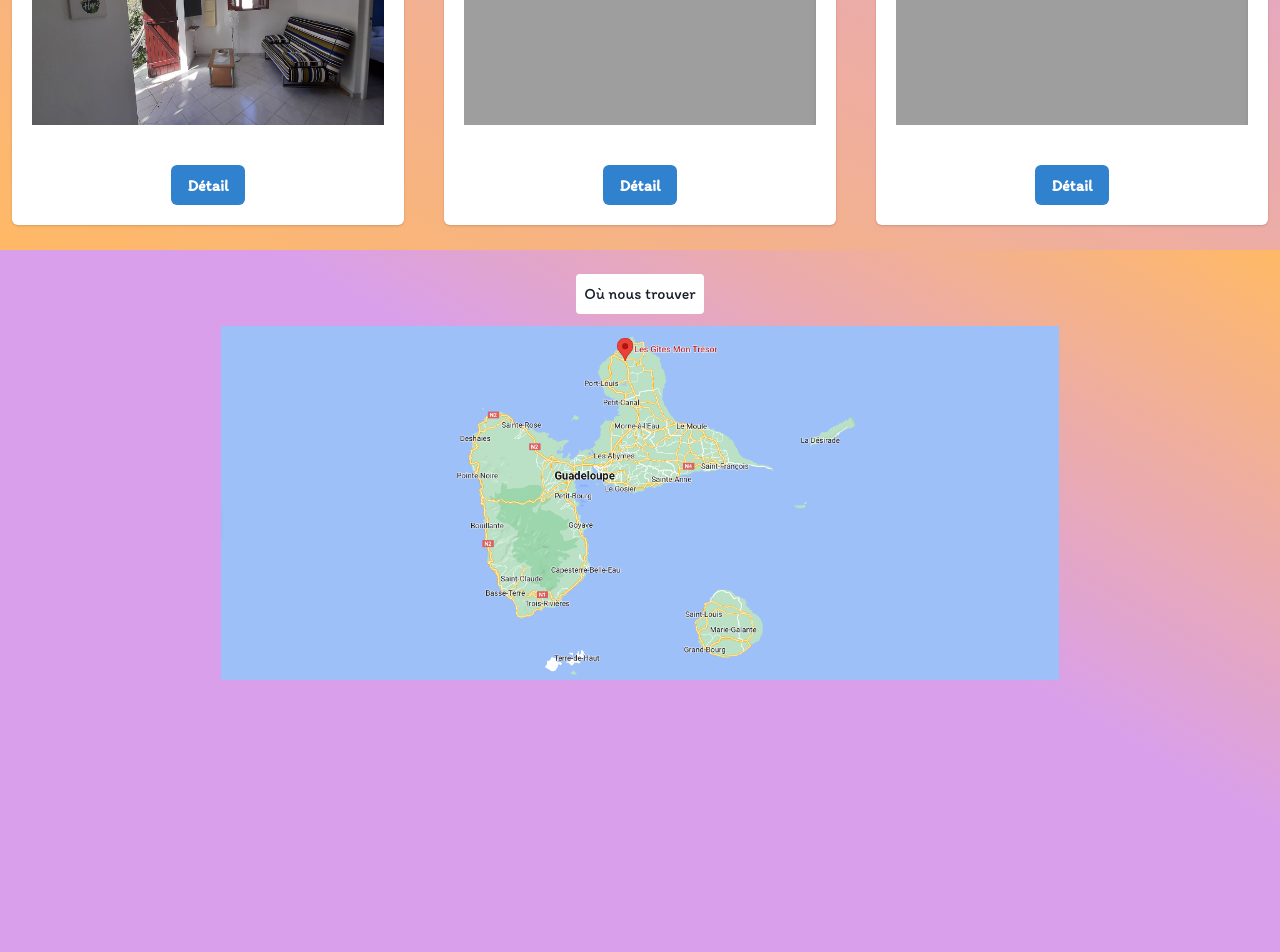
Repository: All-Khwarizmi/gites-v2
Page: /
The author's editor kept a copy of each file at every save. The page is drawn from the files as they stood at one save, then again after the next save.
The browser window is 1280 px wide. The pictures show the part of the page from y = 1190 to 2142 px (the page is 2160 px tall).
Pictures or frames that could not be fetched are drawn as grey boxes. The project was rebuilt for these pictures with package versions that can differ from the ones it lists, and the page was loaded fresh each time. The framework's server and built-in components were replaced by stand-ins that run in the browser. Also part of the build but not shown: next.config.js, next.config.mjs.

Above is the page before, as saved 2023-02-03 19:15:12.

### src/pages/_app.tsx
import { type AppType } from "next/dist/shared/lib/utils";
import { ChakraProvider } from "@chakra-ui/react";
import Layout from "../components/Layout";
import { Itim } from "@next/font/google";
import Navbar from "../components/Navbar";

import "../styles/globals.css";
import Head from "next/head";

const inter = Itim({ weight: "400", subsets: ["latin"] });

const MyApp: AppType = ({ Component, pageProps }) => {
  return (
    <ChakraProvider>
      <Head>
        <title>Gîtes Mon Tresor</title>
        <meta
          name="viewport"
          /* content="width=device-width, initial-scale=1.0, maximum-scale=1.0,user-scalable=0" */
          content="viewport-fit=cover"
        />
        <meta name="title" content="Gîtes Mon Tresor" />

        <meta
          name="description"
          content="Gîtes accueillants et chaleureux en Guadeloupe, Anse Bertrand. Venez en famille ou en amoureux profiter des plaisirs qu'offre l'île. "
        />
        <meta property="og:image" content="/IMG_0318.JPG" key="ogimage" />
      </Head>

      <main className={inter.className}>
        <Component {...pageProps} />
      </main>
    </ChakraProvider>
  );
};

export default MyApp;

### src/pages/index.tsx
import { type NextPage } from "next";
import Head from "next/head";
import Link from "next/link";
import Test from "./Test";
import styles from '../styles/Home.module.scss'

const Home: NextPage = () => {
  return (
    <>
      <Test />
    </>
  );
};

export default Home;

### src/styles/globals.css
@tailwind base;
@tailwind components;
@tailwind utilities;

:root {
  --colorOne: #ffb965;
  --colorTwo: #d99feb;
  --color3: #ffbf5b;
  --color4: #31b7cf;
}
* {
  margin: 0;
  padding: 0;
}
body {
  width: 100vw;
  height: 100vh;
  box-sizing: border-box;
}

.test {
  width: 100%;
}

#myVideo {
  object-fit: cover;

  min-height: 100vh;
  position: relative;
  z-index: -1;
  bottom: 0;
  right: 0;
}

.section {
  background-image: linear-gradient(
    27deg,
    var(--colorOne) 0%,
    var(--colorTwo) 100%
  );
  margin-top: 0;
  position: relative;
}
.section-2 {
  background-image: linear-gradient(
    30deg,
   var(--colorTwo) 60%,
    var(--colorOne) 100%
  );
  margin-top: 0;
  position: relative;
}


.card-1 {
  background-color: inherit;
  padding: 3rem;
  width: 100%;
}
.nav {
  position: fixed;
  z-index: 5;


}

### src/pages/Test.tsx
import { AppType } from "next/app";
import {
  Card,
  CardHeader,
  ButtonGroup,
  Button,
  CardBody,
  CardFooter,
  Stack,
  Image,
  Heading,
  Text,
  Divider,
  Flex,
} from "@chakra-ui/react";
import Carousel from "../components/Carousel";
import { Component, useEffect, useRef, useState } from "react";
import Localisation from "../components/Localisation";
import Navbar from "../components/Navbar";

const Test = () => {
  const divPosition: any = useRef(null);


  const slidesPalmier = [
    {
      img: "/Gite Palmier/1.jpg",
    },
    {
      img: "/Gite Palmier/2.jpg",
    },
    {
      img: "/Gite Palmier/3.jpg",
    },
    {
      img: "/Gite Palmier/4.jpg",
    },
    {
      img: "/Gite Palmier/5.jpg",
    },
    {
      img: "/Gite Palmier/6.jpg",
    },
    {
      img: "/Gite Palmier/7.jpg",
    },
    {
      img: "/Gite Palmier/9087556.jpg",
    },
  ];
  const slidesAnanas = [
    {
      img: "/Gite Ananas/1.jpg",
    },
    {
      img: "/Gite Ananas/2.jpg",
    },
    {
      img: "/Gite Ananas/3.jpg",
    },
    {
      img: "/Gite Ananas/4.jpg",
    },
    {
      img: "/Gite Ananas/5.jpg",
    },
    {
      img: "/Gite Ananas/6.jpg",
    },
    {
      img: "/Gite Ananas/20191231_100325.jpg",
    },
    {
      img: "/Gite Ananas/20200325_100606.jpg",
    },
  ];
  const slidesKawan = [
    {
      img: "/Gite Kawan/1.jpg",
    },
    {
      img: "/Gite Kawan/2.jpg",
    },
    {
      img: "/Gite Kawan/3.jpg",
    },
    {
      img: "/Gite Kawan/4.jpg",
    },

    {
      img: "/Gite Kawan/6.jpg",
    },
    {
      img: "/Gite Kawan/7.jpg",
    },
    {
      img: "/Gite Kawan/8.jpg",
    },
    {
      img: "/Gite Kawan/9.jpg",
    },
    {
      img: "/Gite Kawan/10.jpg",
    },
    {
      img: "/Gite Kawan/11.jpg",
    },
    {
      img: "/Gite Kawan/12.jpg",
    },
    {
      img: "/Gite Kawan/13.jpg",
    },
    {
      img: "/Gite Kawan/14.jpg",
    },
    {
      img: "/Gite Kawan/15.jpg",
    },
  ];

  return (
    <>
      <main>
        <Navbar position={divPosition} />
        <div className="test">
          <section className="test">
            <video
              autoPlay
              playsInline
              muted
              loop
              id="myVideo"
              poster="/Gite Kawan/1.jpg"
            >
              <source src={"/Mon film.mp4"} type="video/mp4" />
            </video>
          </section>
          <div className="section h-screen">
            <section ref={divPosition} className="section h-full">
              <div className="card-1 flex-column flex justify-center">
                <Card maxW={"900px"}>
                  <Heading className="flex-column flex justify-center p-2">
                    <p> Bienvenue en Guadeloupe !</p>
                  </Heading>
                  <CardBody>
                    <Text className="welcome-text">
                      Pour des vacances au soleil, sur des plages de sable blanc
                      ou de belles balades dans une verdure luxuriante : les
                      Gîtes Mon Trésor vous assurent un dépaysement total. Loin
                      des grandes structures touristiques, dans un jardin calme
                      et ventilé avec piscine sécurisée, Catherine et Laurent,
                      originaires de Normandie, vous accueillent toute l’année
                      dans leurs gîtes situés sur la commune d'ANSE-BERTRAND, à
                      3 km des plages et de tous commerces. Nous avons l'énorme
                      chance de n'avoir jamais de sargasses sur nos plages les
                      plus proches. Bonne visite !
                    </Text>
                  </CardBody>
                </Card>
              </div>

              <div className="grid  grid-flow-row justify-center gap-4 md:grid-flow-col ">
                <Card maxW="lg" m={3}>
                  <Stack mt="6" spacing="3">
                    <Heading textAlign={"center"} size="md">
                      Gîte Palmier
                    </Heading>
                  </Stack>
                  <CardBody>
                    <Carousel slides={slidesPalmier} />
                  </CardBody>
                  <Flex align="center" justify="center">
                    <CardFooter>
                      <Button variant="solid" colorScheme="blue">
                        Détail
                      </Button>
                    </CardFooter>
                  </Flex>
                </Card>
                <Card maxW="lg" m={3}>
                  <Stack mt="6" spacing="3">
                    <Heading textAlign={"center"} size="md">
                      Gîte Ananas
                    </Heading>
                  </Stack>
                  <CardBody>
                    <Carousel slides={slidesAnanas} />
                  </CardBody>
                  <Flex align="center" justify="center">
                    <CardFooter>
                      <Button variant="solid" colorScheme="blue">
                        Détail
                      </Button>
                    </CardFooter>
                  </Flex>
                </Card>
                <Card maxW="lg" m={3}>
                  <Stack mt="6" spacing="3">
                    <Heading textAlign={"center"} size="md">
                      Gîte Kawan
                    </Heading>
                  </Stack>
                  <CardBody>
                    <Carousel slides={slidesKawan} />
                  </CardBody>
                  <Flex align="center" justify="center">
                    <CardFooter>
                      <Button variant="solid" colorScheme="blue">
                        Détail
                      </Button>
                    </CardFooter>
                  </Flex>
                </Card>
              </div>


            </section>
          </div>
          <div className="h-screen section-2">
            <Localisation />
          </div>
        </div>
      </main>
    </>
  );
};

export default Test;

### src/components/Carousel.tsx
import React from 'react'
import { useEffect, useState } from 'react';
import { Flex, Box, Text, Image } from '@chakra-ui/react';

const Carousel = ({slides}: any) => {

  const slides1 = [
    {
      img: "/Gîte Palmier/1.jpg",
    },
    {
      img: "/Gîte Palmier/2.jpg",
    },
    {
      img: "/Gîte Palmier/3.jpg",
    },
    {
      img: "/Gîte Palmier/4.jpg",
    },
    {
      img: "/Gîte Palmier/5.jpg",
    },
    {
      img: "/Gîte Palmier/6.jpg",
    },
    {
      img: "/Gîte Palmier/7.jpg",
    },
    {
      img: "/Gîte Palmier/9087556.jpg",
    },

  ];
  const [currentSlide, setCurrentSlide] = useState(0);
  const slidesCount = slides.length;
  const carouselStyle = {
    transition: "all .5s",
    ml: `-${currentSlide * 100}%`,
  };
  const SLIDES_INTERVAL_TIME = 3000;
  const ANIMATION_DIRECTION = "right";
  useEffect(() => {
    const prevSlide = () => {
      setCurrentSlide((s) => (s === 0 ? slidesCount - 1 : s - 1));
    };

    const nextSlide = () => {
      setCurrentSlide((s) => (s === slidesCount - 1 ? 0 : s + 1));
 };

    const automatedSlide = setInterval(() => {
      ANIMATION_DIRECTION.toLowerCase() === "left" ? prevSlide() : nextSlide();
    }, SLIDES_INTERVAL_TIME);
    return () => clearInterval(automatedSlide);
  }, [slidesCount]);
  return (
    <Flex
      w="full"
      bg="#edf3f8"
      _dark={{
        bg: "#3e3e3e",
      }}

      alignItems="center"
      justifyContent="center"
    >
      <Flex w="full" overflow="hidden">
        <Flex pos="relative" h="200px" w="full" {...carouselStyle}>
          {slides.map((slide: any, sid: any) => (
            <Box key={`slide-${sid}`} flex="none" boxSize="full" shadow="md">
              <Text
                color="white"
                fontSize="xs"
                p="8px 12px"
                pos="absolute"
                top="0"
                whiteSpace="nowrap"
              >
                {sid + 1} / {slidesCount}
              </Text>
              <Image
                src={slide.img}
                alt="carousel image"
                boxSize="full"
                backgroundSize="cover"
              />
            </Box>
          ))}
        </Flex>
      </Flex>
    </Flex>
  );
};



export default Carousel

### src/components/Localisation.tsx
import React from "react";
import Link from "next/link";

const Localisation = () => {
  const coordinates: string =
    "Les+Gîtes+Mon+Trésor/@16.4645544,-61.4825254,17z";
  const baseUrl: string =
    "https://www.google.com/maps/search/?api=1&query=Les+Gîtes+Mon+Trésor+Anse+Bertrand/";
  return (
    <>
      <div className="location align-center flex items-center justify-center p-3"></div>
      <div className="section-location flex  justify-center">
        <p className="text-extra-bold w-30 rounded bg-white p-2">
          Où nous trouver
        </p>
      </div>

      <div className="location p-3">
        <a
          className="align-center flex items-center justify-center"
          target="_blank"
          href={baseUrl}
        >
          <img
            className="w-2/3"
            src="./IMG_0537.JPG"
            alt="carte de la Guadeloupe"
          />
        </a>
      </div>
    </>
  );
};

export default Localisation;

### src/components/Navbar.tsx
import { useEffect, useState, useRef } from "react";

function NavLink({ to, children }: any) {
  return (
    <a href={to} className={`mx-4`}>
      {children}
    </a>
  );
}

function MobileNav({ open, setOpen }: any) {
  return (
    <div
      className={`absolute top-0 left-0 h-screen w-screen transform bg-white ${
        open ? "-translate-x-0" : "-translate-x-full"
      } drop-shadow-md filter transition-transform duration-300 ease-in-out `}
    >
      <div className="flex h-20 items-center justify-center bg-white drop-shadow-md filter">
        {" "}
        {/*logo container*/}
        <a className="text-2xl font-semibold" href="/">
          <img
            className="w-24 hover:w-32"
            src="/IMG_0318.JPG"
            alt="Gîtes Mon Tresor Logo"
          />
        </a>
      </div>
      <div className="ml-4 flex flex-col">
        <a
          className="my-4 text-xl font-medium"
          href="#"
          onClick={() =>
            setTimeout(() => {
              setOpen(!open);
            }, 100)
          }
        >
          Accueil
        </a>
        <a
          className="my-4 text-xl font-normal"
          href="#"
          onClick={() =>
            setTimeout(() => {
              setOpen(!open);
            }, 100)
          }
        >
          Gîtes
        </a>
        <a
          className="my-4 text-xl font-normal"
          href="#"
          onClick={() =>
            setTimeout(() => {
              setOpen(!open);
            }, 100)
          }
        >
          Localisation
        </a>
        <a
          className="my-4 text-xl font-normal"
          href="#"
          onClick={() =>
            setTimeout(() => {
              setOpen(!open);
            }, 100)
          }
        >
          Tarifs
        </a>
        <a
          className="my-4 text-xl font-normal"
          href="#"
          onClick={() =>
            setTimeout(() => {
              setOpen(!open);
            }, 100)
          }
        >
          Contact
        </a>
        <a
          className="my-4 text-xl font-normal"
          href="#"
          onClick={() =>
            setTimeout(() => {
              setOpen(!open);
            }, 100)
          }
        >
          Partenariats
        </a>
      </div>
    </div>
  );
}

export default function Navbar({ position }: any) {
  const [open, setOpen] = useState(false);
  const [color, setColor] = useState(" ");
  const [colorFont, setColorFont] = useState(" ");
  const [offset, setOffset] = useState(0);


  useEffect(() => {
    const onScroll = () => setOffset(window.pageYOffset);
    // clean up code
    window.removeEventListener("scroll", onScroll);
    window.addEventListener("scroll", onScroll, { passive: true });
    if (position?.current?.getBoundingClientRect().top < 80) {
      setColor("bg-white");
      setColorFont("text-black");
    } else {
      setColor(" ");
      setColorFont("text-white");
    }
    return () => window.removeEventListener("scroll", onScroll);
  }, [offset]);

  const style = { backgroundColor: color, color: colorFont };
  return (
    <nav
      className={`nav flex h-20 w-full items-center gap-4 ${style.backgroundColor}  px-4 py-4 drop-shadow-md filter`}
    >
      <MobileNav open={open} setOpen={setOpen} />
      <div className="flex w-3/12 items-center">
        <a className="text-2xl font-semibold" href="/">
          <img
            className="w-24 hover:w-32"
            src="/IMG_0318.JPG"
            alt="Gîtes Mon Tresor Logo"
          />
        </a>
      </div>
      <div className="flex w-9/12 items-center justify-end">
        <div
          className="relative z-50 flex h-8 w-8 flex-col items-center justify-between md:hidden"
          onClick={() => {
            setOpen(!open);
          }}
        >
          {/* hamburger button */}
          <span
            className={`h-1 w-full transform rounded-lg bg-black transition duration-300 ease-in-out ${
              open ? "translate-y-3.5 rotate-45" : ""
            }`}
          />
          <span
            className={`h-1 w-full rounded-lg bg-black transition-all duration-300 ease-in-out ${
              open ? "w-0" : "w-full"
            }`}
          />
          <span
            className={`h-1 w-full transform rounded-lg bg-black transition duration-300 ease-in-out ${
              open ? "-translate-y-3.5 -rotate-45" : ""
            }`}
          />
        </div>

        <div className="hidden md:flex">
          <ul className="flex justify-items-center gap-x-3">
            <li className="mr-6">
              <a
                className={` flex-initial text-2xl ${style.color} text-justify   hover:underline`}
                href="#"
              >
                Accueil
              </a>
            </li>
            <li className="mr-6">
              <a
                className={` flex-initial text-2xl ${style.color} text-justify   hover:underline`}
                href="#"
              >
                Gîtes
              </a>
            </li>
            <li className="mr-6">
              <a
                className={` flex-initial text-2xl ${style.color} text-justify   hover:underline`}
                href="#"
              >
                Localisation
              </a>
            </li>
            <li className="mr-6">
              <a
                className={` flex-initial text-2xl ${style.color} text-justify   hover:underline`}
                href="#"
              >
                Tarifs
              </a>
            </li>
            <li className="mr-6">
              <a
                className={` flex-initial text-2xl ${style.color} text-justify   hover:underline`}
                href="#"
              >
                Contact
              </a>
            </li>
            <li className="mr-6">
              <a
                className={` flex-initial text-2xl ${style.color} text-justify   hover:underline`}
                href="#"
              >
                Partenariats
              </a>
            </li>
          </ul>
        </div>
      </div>
    </nav>
  );
}

Loaded but not shown: tailwind.config.cjs (common file)

After the next save:
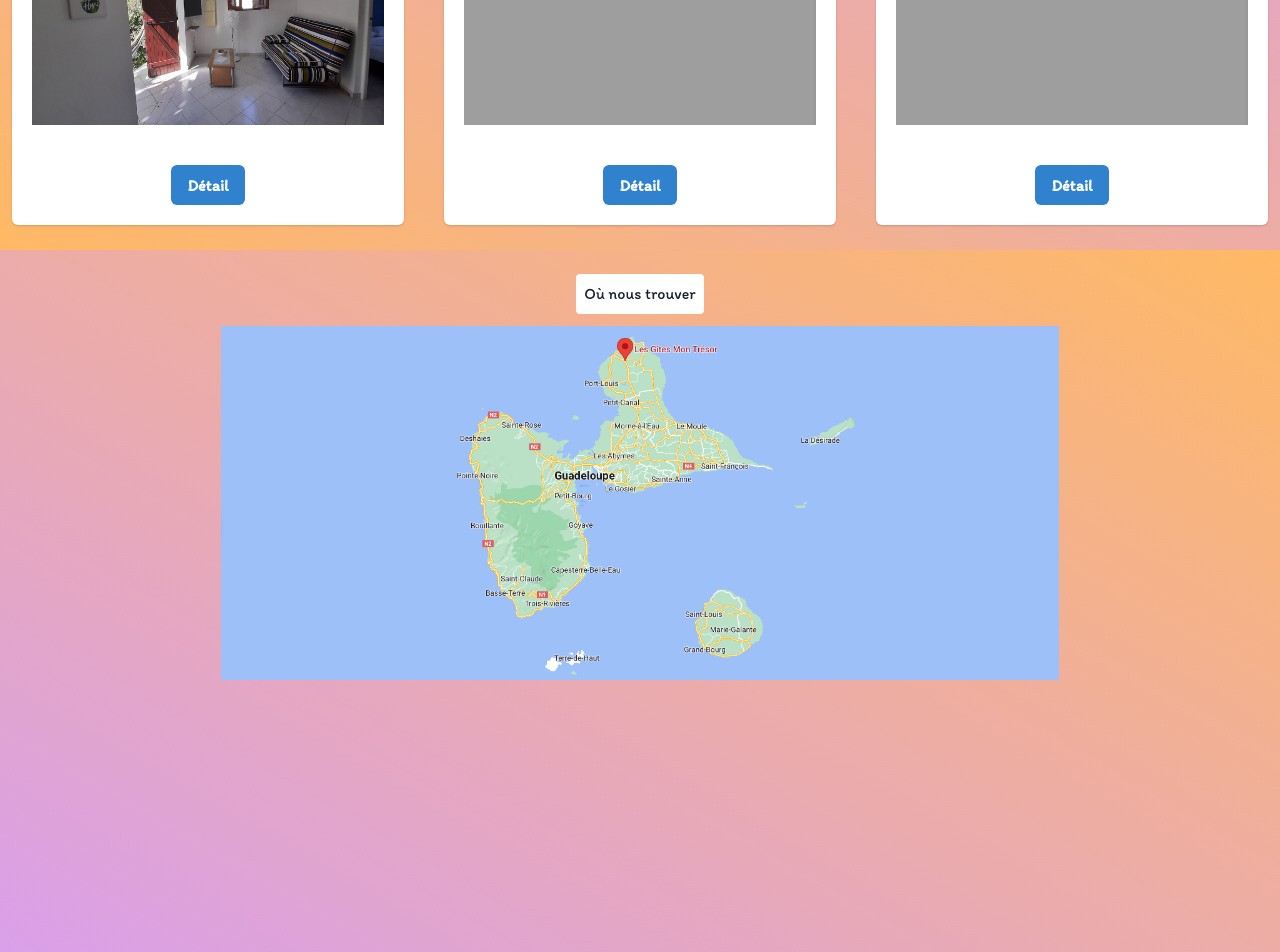
Saved 17 s later.
--- a/src/styles/globals.css
+++ b/src/styles/globals.css
@@ -44,7 +44,7 @@ body {
 .section-2 {
   background-image: linear-gradient(
     30deg,
-   var(--colorTwo) 60%,
+   var(--colorTwo) 0%,
     var(--colorOne) 100%
   );
   margin-top: 0;
